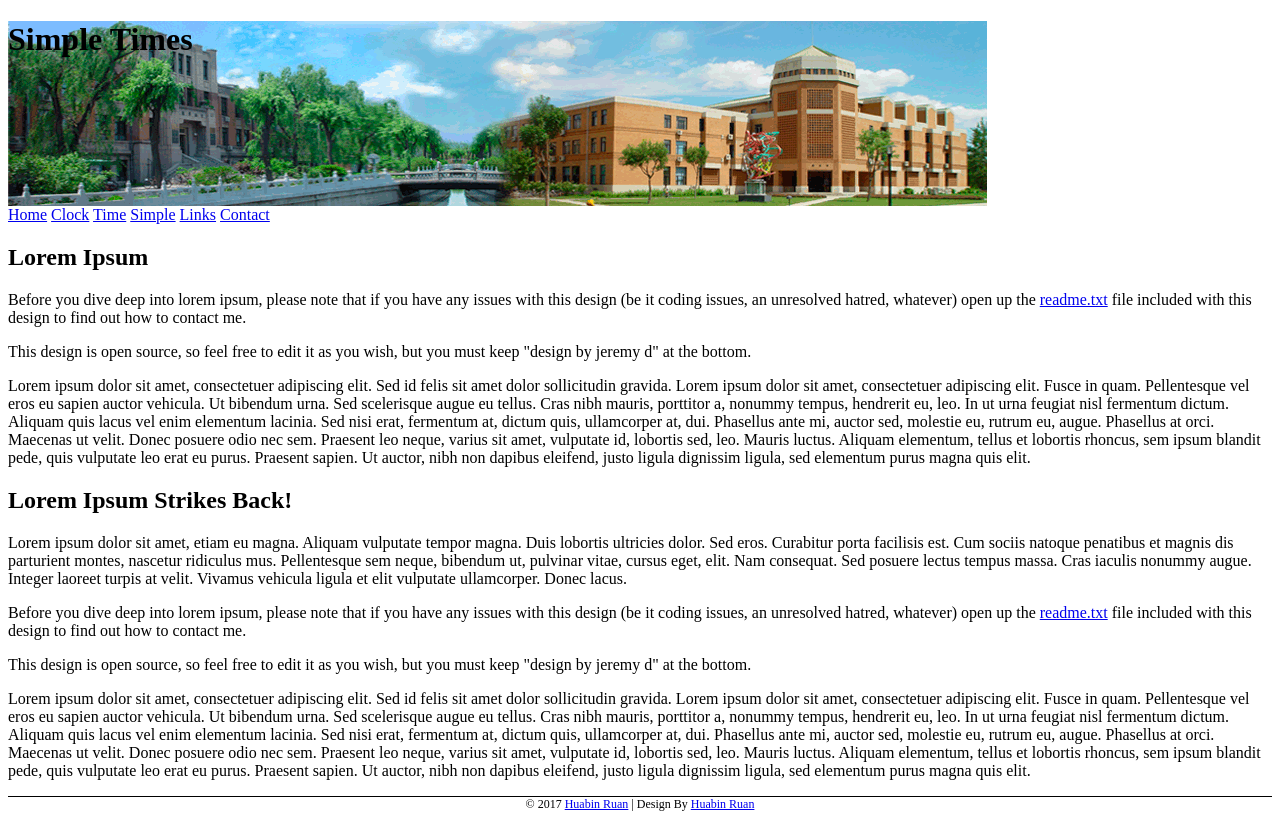
Repository: ruanhuabin/LifeSoftwareWebSite
Page: http://localhost/CryoEM/WEB-INF/index2.jsp
These files come from the project's save history. The page is drawn as it stood at one moment and after the next save; the edit follows.
The browser window is 1280 px wide. The pictures show the whole page.
The page is served by Tomcat 9. Nobody is signed in. The template is opened directly, without the code that normally fills it, so the values that code supplies are empty.

Above is the page before, as saved 2017-08-04 02:57:35.

After the next save:
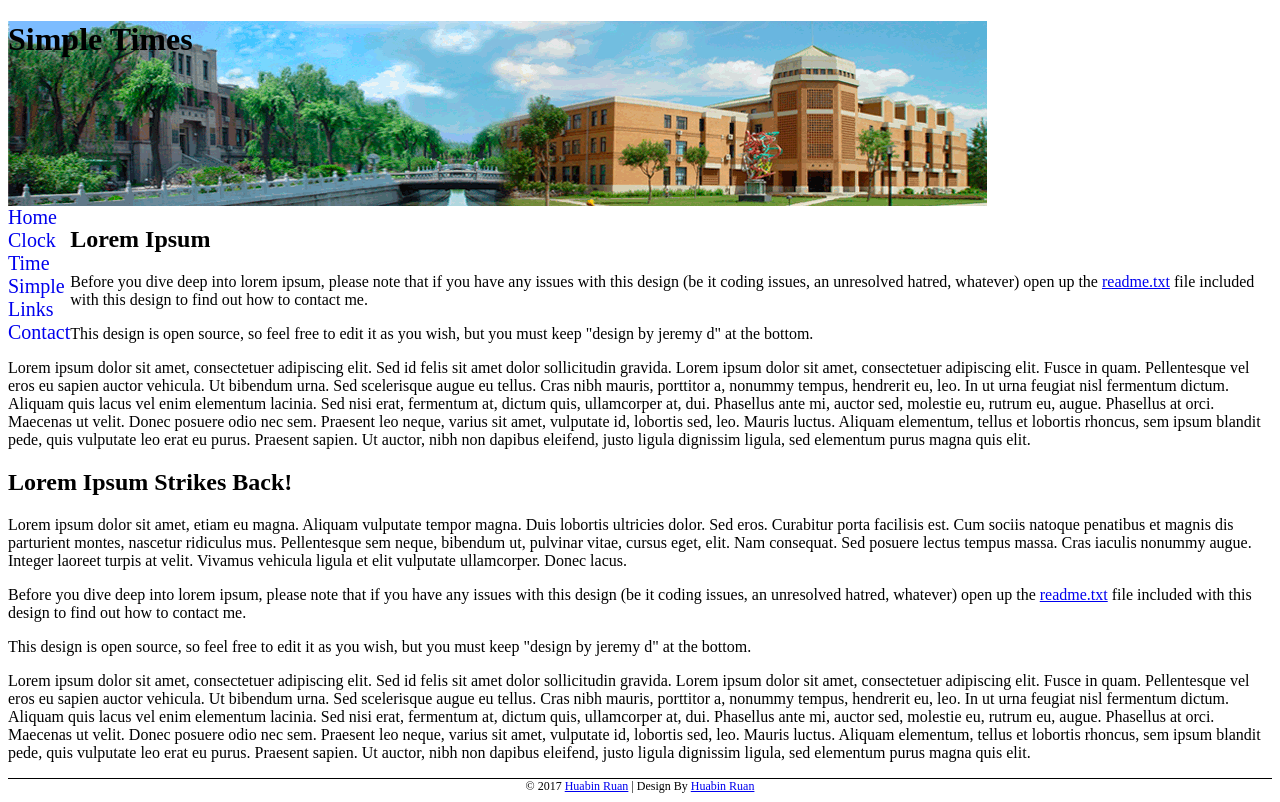
Saved 86 s later.
--- a/CryoEM/WebRoot/style.css
+++ b/CryoEM/WebRoot/style.css
@@ -29,3 +29,9 @@ body
     margin-left: 20px;
     background-color: white;
 }
+
+
+#navigation{list-style:none; text-align:left; font-size:20px; background:white; float:left}
+	#navigation li{width:160px; height:20px; line-height:0px; float:left; margin:2px; list-style:none;}
+	#navigation a{height:100%; display:block; text-decoration:none}
+	#navigation .curr{background:url(sub/images/nav_on.png); color:red;}
